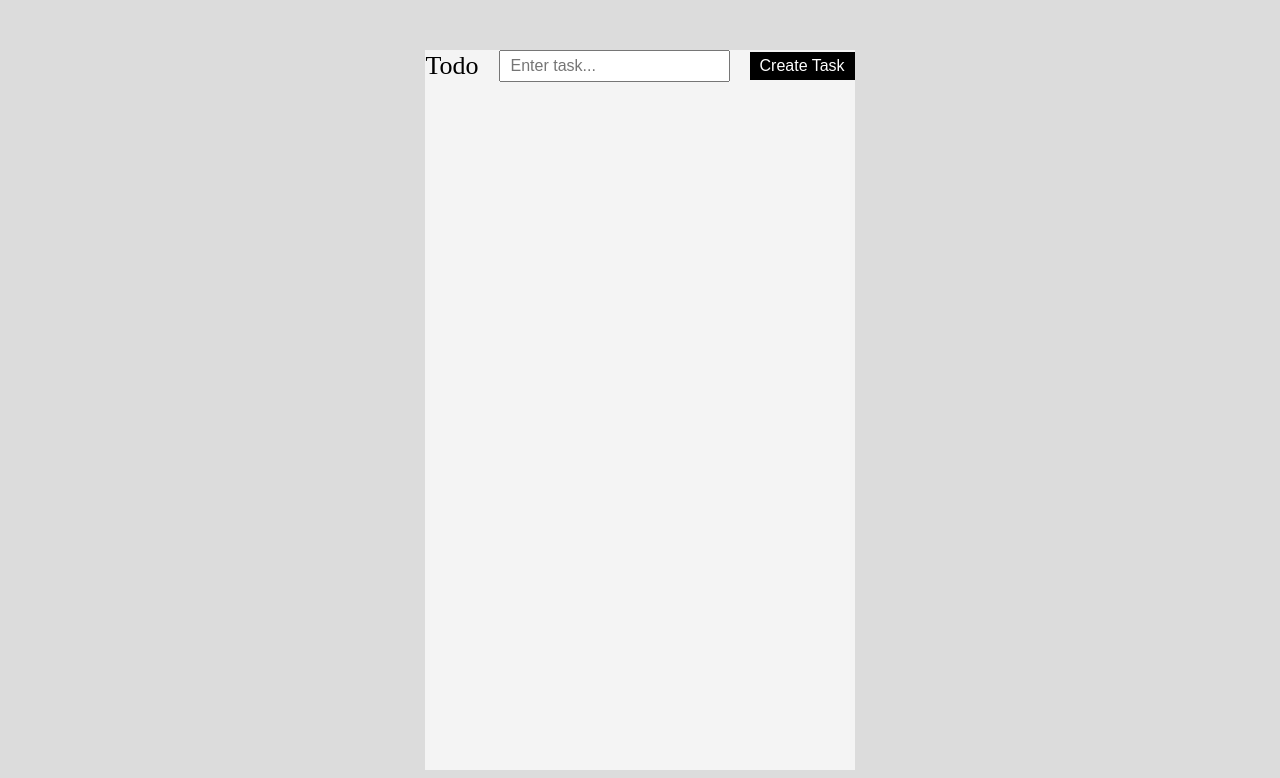
Repository: pawvan/todo_app
Page: markup/tod.html
An editor plug-in stored every save of this project. The page is shown before and after a run of saves, followed by the edit.
The browser window is 1280 px wide. The pictures show the whole page.

Above is the page before, as saved 2025-01-11 22:38:35.

### markup/tod.html
<!DOCTYPE html>
<html lang="en">
<head>
    <meta charset="UTF-8">
    <meta name="viewport" content="width=device-width, initial-scale=1.0">
    <title>Todo App</title>
    <script src="../interactivity/todo.js"></script>
    <link href="../styles/todo.css" rel="stylesheet"/>
</head>
<body>
    <div class="todo-container">
        <div class="todo-upper" >
            <div class="todo-header"> Todo </div>
<input type="text" id="todo-input" placeholder="Enter task...">
<button onclick="addTask()" id="add-button">Create Task</button>
        </div>



        <ul id="task-list">
        </ul>
    </div>
</body>
</html>

### interactivity/todo.js
document.addEventListener("DOMContentLoaded", loadTasks);

function addTask() {
  const taskInput = document.getElementById("todo-input");
  const taskText = taskInput.value.trim();
  const alertElement = document.querySelector(".alert");
  const taskList = document.getElementById("task-list");
  if (taskText !== "") {
    const newTask = {
      id: Date.now(),
      text: taskText,
      createAt: new Date().toISOString(),
      isCompleted: false
    };
    const li = document.createElement("li");
    li.textContent = newTask.text;
    const completeButton = createCompleteButton(li, newTask);
    const deleteButton = createDeleteButton(li, newTask);
    li.appendChild(completeButton);
    li.appendChild(deleteButton);
    taskList.appendChild(li);
    taskInput.value = "";
    saveTaskToLocalStorage(newTask);
  } else {
    alertElement ? "" : alertThing();
  }
}

function alertThing() {
  const todoContainer = document.getElementsByClassName("todo-container")[0];
  const createDiv = document.createElement("div");
  createDiv.textContent = "Please enter the task";
  todoContainer.appendChild(createDiv);
  createDiv.classList.add("alert");
}

function createDeleteButton(listElement, task) {
  const removeLi = () => {
    removeTaskFromLocalStorage(task.id);
    listElement.remove();
  };

  return createButton("Delete", ["delete-btn"], removeLi);
}

function createCompleteButton(listElement, task) {
  const completeCallBack = () => {
    task.isCompleted = !task.isCompleted;
    if (!task.isCompleted) {
      listElement.classList.remove("completed");
      completeButton.textContent = "Complete";
      listElement.style.textDecoration = "none";
    } else {
      listElement.classList.add("completed");
      completeButton.textContent = "Uncomplete";
      listElement.style.textDecoration = "line-through";
    }
  };

  const completeButton = createButton("Complete", ['complete-btn'], completeCallBack);
  return completeButton;
}

function createButton(label, classNames, onclickMethod ,type){
  const button = document.createElement("button");
  button.textContent = label;
  button.classList.add(...classNames);
  button.onclick = () => {
    onclickMethod();
  };
  return button;
}

function loadTasks() {
  const tasks = getTasksFromLocalStorage();
  const taskList = document.getElementById("task-list");

  tasks.forEach((task) => {
    const li = document.createElement("li");
    li.textContent = task.text;

    const completeButton = createCompleteButton(li, task);
    const deleteButton = createDeleteButton(li, task);

    li.appendChild(completeButton);
    li.appendChild(deleteButton);
    taskList.appendChild(li);
  });
}

function saveTaskToLocalStorage(task) {
  const tasks = getTasksFromLocalStorage();
  tasks.push(task);
  localStorage.setItem("tasks", JSON.stringify(tasks));
}

function getTasksFromLocalStorage() {
  const tasks = localStorage.getItem("tasks");
  return tasks ? JSON.parse(tasks) : [];
}

function removeTaskFromLocalStorage(taskId) {
  const tasks = getTasksFromLocalStorage();
  const updatedTasks = tasks.filter((task) => task.id !== taskId);
  localStorage.setItem("tasks", JSON.stringify(updatedTasks));
}

### styles/todo.css
body {
    margin-top: 50px;
    height: 100vh;
    background-color: #f4f4f4;
    display: flex;
    justify-content: center;

 background-color:gainsboro}

.todo-upper {
    display: flex;
    flex-direction: horizontal;
    align-items: center;
    gap: 20px;
    justify-content: space-between;
}
.todo-container{
    background-color:#f4f4f4
}


.todo-header
{
    font-size: 26px;
    font-weight: 400;
}

#todo-input {
    padding: 5px 10px;
    font-size: 16px;
}

#add-button {
    padding: 5px 10px;
    font-size: 16px;
    background-color:#000000;
    color: white;
    border: none;
    cursor: pointer;
}
#task-list {
    list-style-type: none;
    padding: 0;
}

After the next 4 saves:
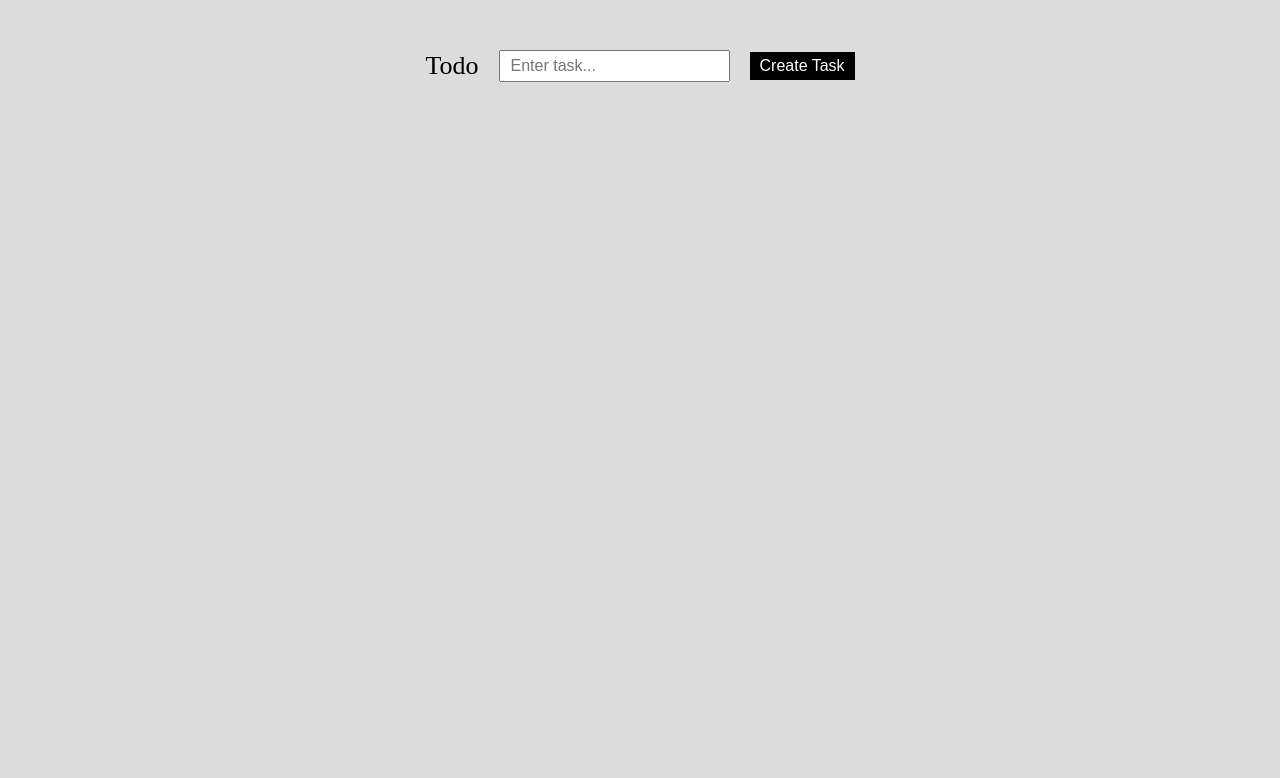
The 4 saves are shown as one change because they came seconds apart.
The last was saved 18 s later.
--- a/styles/todo.css
+++ b/styles/todo.css
@@ -12,10 +12,7 @@ body {
     flex-direction: horizontal;
     align-items: center;
     gap: 20px;
-    justify-content: space-between;
-}
-.todo-container{
-    background-color:#f4f4f4
+
 }
 
 
